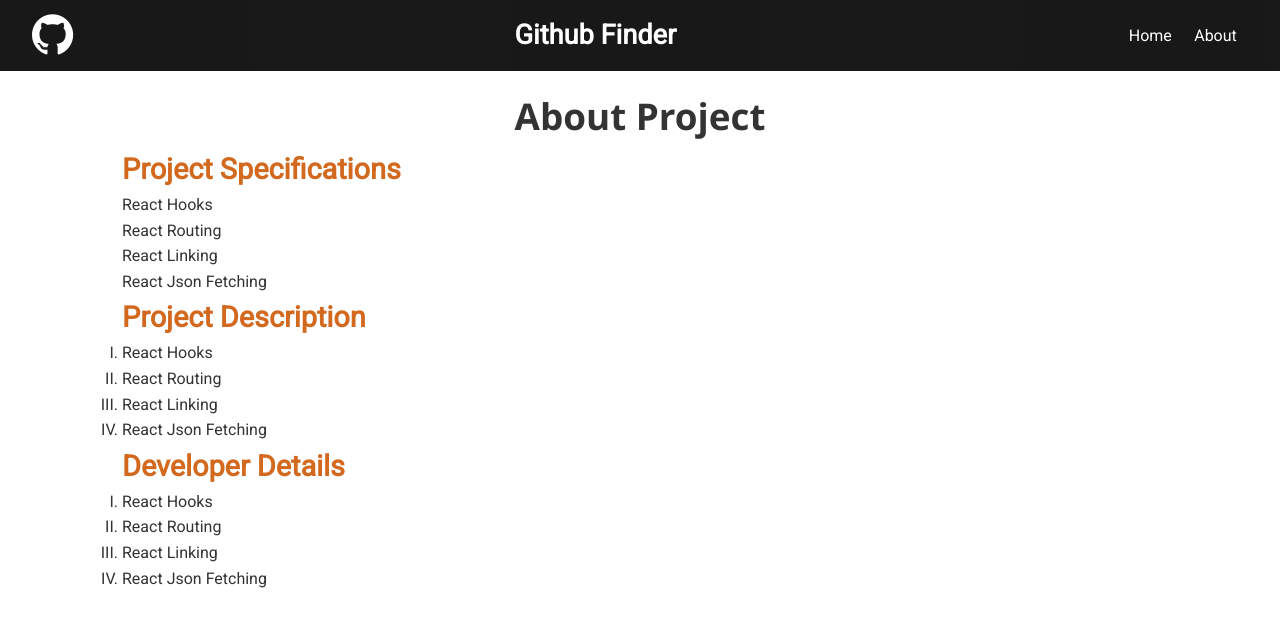
Repository: hemantsaini-7/ReactHooks-GitHub-Clone
Page: /about
An editor plug-in stored every save of this project. The page is shown before and after the next save, followed by the edit.
The browser window is 1280 px wide. The pictures show the whole page.
The project was rebuilt for these pictures with package versions that can differ from the ones it lists, and the page was loaded fresh each time. Also part of the build but not shown: src/components/users/UserItem.js, src/components/layout/Spinner.js, src/components/users/Users.js, src/components/repos/RepoItem.js, src/components/repos/Repos.js, src/components/users/User.js, src/components/users/Search.js, src/components/layout/Alert.js.

Above is the page before, as saved 2020-08-06 10:08:21.

After the next save:
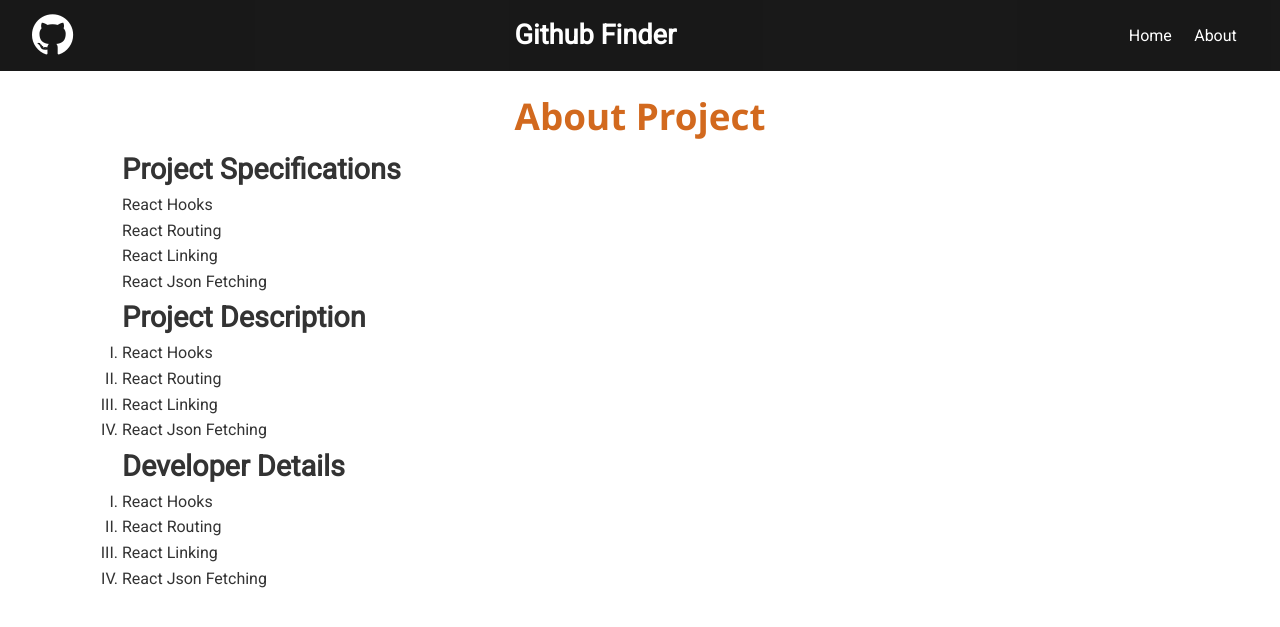
Saved 19 s later.
--- a/src/App.css
+++ b/src/App.css
@@ -395,11 +395,11 @@
   font-weight: bold;
   font-size: 2.3rem;
   font-family: "Segoe UI", Tahoma, Geneva, Verdana, sans-serif;
+  color: chocolate;
 }
 .content-head {
   font-weight: bold;
   font-size: 1.8rem;
-  color: chocolate;
 }
 /* Mobile Styles */
 @media (max-width: 700px) {

After the save that followed:
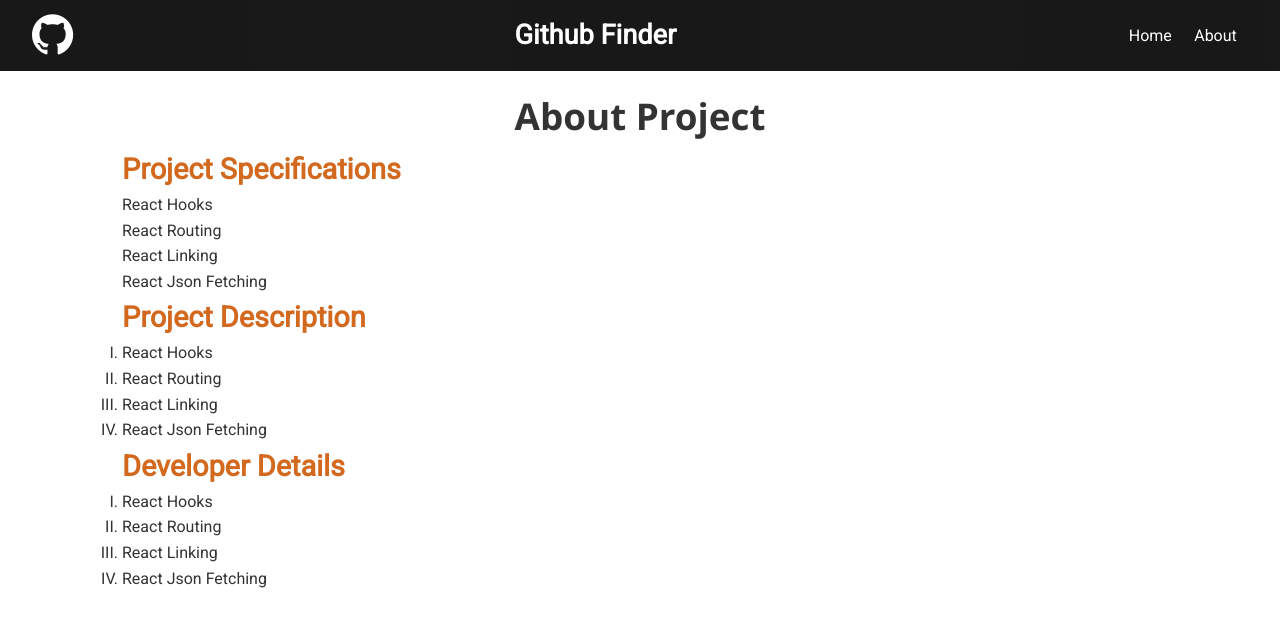
Saved 24 s later.
--- a/src/App.css
+++ b/src/App.css
@@ -395,11 +395,11 @@
   font-weight: bold;
   font-size: 2.3rem;
   font-family: "Segoe UI", Tahoma, Geneva, Verdana, sans-serif;
-  color: chocolate;
 }
 .content-head {
   font-weight: bold;
   font-size: 1.8rem;
+  color: chocolate;
 }
 /* Mobile Styles */
 @media (max-width: 700px) {
